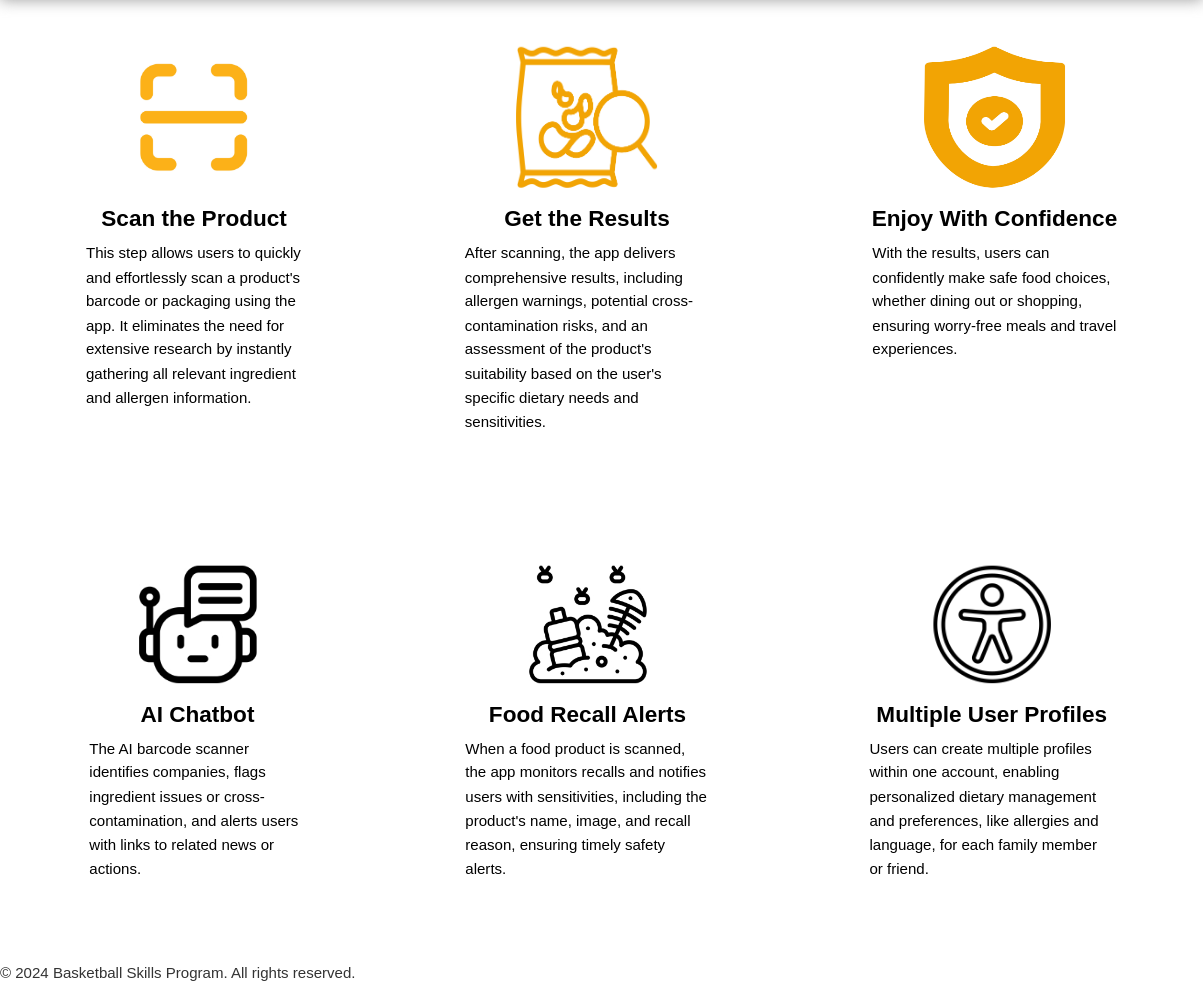
Repository: GavinPahal/landingpage
Page: /
An editor plug-in stored every save of this project. The page is shown before and after the next save, followed by the edit.
The browser window is 1280 px wide. The pictures show the part of the page from y = 720 to 1791 px (the page is 1765 px tall before and 1791 px after), at 94% of full size.
The project was rebuilt for these pictures with package versions that can differ from the ones it lists, and the page was loaded fresh each time. The framework's server and built-in components were replaced by stand-ins that run in the browser. Also part of the build but not shown: next.config.mjs.

Above is the page before, as saved 2024-11-28 15:33:59.

### pages/_app.js
// pages/_app.js
import "@/styles/globals.css"; // Import the global CSS file

function MyApp({ Component, pageProps }) {
  return <Component {...pageProps} />;
}

export default MyApp;

### pages/index.js
// pages/index.js
import Hero from "../components/Hero";
import Features from "../components/Features";
import Footer from "../components/Footer";
import Product from "../components/Product"

export default function Home() {
  return (
    <div>
      <Hero />
      <Features />
      <Product />
      <Footer />
    </div>
  );
}

### styles/globals.css
/* Global Styles */
* {
  margin: 0;
  padding: 0;
  box-sizing: border-box;
}

body {
  font-family: Arial, sans-serif;
  color: #333;
  overflow-x: hidden; /* Prevent horizontal overflow */
}

/* Hero Section */
.hero {
  display: flex; /* Use flexbox to align elements */
  position: relative;
  height: 100vh;
  width: 100%; /* Ensure the hero section spans the full width */
  background-color: #2d2d2d; /* Dark background to contrast with the image */
}

.imageWrapper {
  position: relative;
  width: 100%; /* Left side takes full width */
  height: 100%;
}

.imageContainer {
  position: absolute;
  top: 0;
  left: 0;
  width: 100%;
  height: 100%;
  filter: blur(8px); /* Add blur effect to the image */
  object-fit: cover;
}

.overlay {
  position: absolute;
  top: 0;
  left: 0;
  width: 100%;
  height: 100%;
  background: rgba(0, 0, 0, 0.6); /* Dark overlay to ensure text stands out */
  color: white;
  display: flex;
  flex-direction: column;
  justify-content: center;
  align-items: flex-start;
  padding: 60px 40px; /* Increased padding for more space */
  text-align: left;
}

.heroTitle {
  display: flex;
  align-items: center; /* Align logo and title horizontally */
  margin-bottom: 40px; /* Space between title and the rest of the content */
  position: relative; /* Allow positioning adjustments */
  top: -80px; /* Move the logo and title even higher */
}

.heroTitle img {
  margin-right: 20px; /* Add space between logo and title */
}

.heroTitle h1 {
  font-size: 2rem; /* Bigger font for app name */
  font-weight: bold;
  color: #ffffff; /* Bright color to stand out */
  text-transform: uppercase;
}

.tagline {
  font-size: 5rem; /* Make "BEST NATURE APP" 5rem */
  font-weight: bold;
  margin-bottom: 0; /* Remove extra space between the lines */
  color: #ffffff; /* Striking color */
  text-shadow: 3px 3px 5px rgba(0, 0, 0, 0.8); /* Enhanced text visibility */
  line-height: 1.1; /* Adjust line-height to decrease space between lines */
  letter-spacing: 1.5px;
  display: block;
  max-width: 100%; /* Ensure text doesn't overflow */
}

.bestNature {
  display: block;
  font-size: 3rem; /* Adjust to smaller font size for the first part */
}

.appEver {
  display: block;
  margin-top: 0;
  font-size: 3rem;
}

.subTagline {
  font-size: 1.2rem;
  margin-top: 20px;
  margin-bottom: 40px;
  line-height: 1.6;
  max-width: 650px;
  color: white;
  letter-spacing: 0.5px;
  text-align: left;
}

.demoText {
  display: block;
  font-size: 1.4rem;
  font-weight: bold;
}

.natureText {
  display: block;
  font-size: 1.2rem;
  margin-top: 10px;
  font-style: italic;
  letter-spacing: 0.3px;
}

/* CTA Button */
.ctaButton {
  background-color: #00C9A2;
  color: #ffffff;
  padding: 15px 40px;
  font-size: 1.4rem;
  border: none;
  border-radius: 50px;
  text-align: center;
  margin-top: 60px;
  cursor: pointer;
  transition: background-color 0.3s, transform 0.3s;
  text-decoration: none;
}

.ctaButton:hover {
  background-color: #035343;
}

.ctaButton:focus {
  outline: none;
}

.rightImageWrapper {
  position: absolute;
  left: 62%;
  bottom: 20px;
  width: 400px;
  height: auto;
  z-index: 2;
  margin-top: 100px;
}

.rightImageContainer {
  position: relative;
  width: 100%;
  height: 100%;
}

.rightImageContainer img {
  width: 100%;
  height: auto;
  border-radius: 8px;
  object-fit: cover;
}

.features {
  padding: 50px 20px;
  text-align: center;
}
.features h2 {
  font-size: 2.5rem;
  font-weight: bold;
  color: #ffffff;
  margin-bottom: 30px;
  text-transform: uppercase;
  letter-spacing: 1px;
}

.infoCards {
  display: flex;
  flex-wrap: wrap;
  justify-content: space-around;
  gap: 30px;
  margin-bottom: 40px;
}

.card {
  text-align: center;
  margin: 0 auto; /* Ensure cards are centered */
}

.card:first-child { /* Target the first feature card */
  max-width: 400px; /* Restrict width for a cleaner layout */
  margin: 20px auto; /* Center the card horizontally and add spacing */
}

.card:first-child p {
  text-align: left; /* Center-align the text for the first card */
  max-width: 230px; /* Ensure text does not overflow the card */
  margin: 0 auto;
}

.card img {
  margin-bottom: 15px;
}

.card h3 {
  font-size: 1.5rem;
  font-weight: 600;
  color: #000000;
  margin-bottom: 10px;
}

.card p {
  font-size: 1rem;
  line-height: 1.6;
  color: #000000;
  max-width: 260px;
  margin: 0 auto;
  text-align: left;
}

.text1 {
  font-size: 1rem;
  line-height: 1.6;
  color: #000000;
  max-width: 250px;
  margin: 0 auto;
  text-align: left;
}

.text2 {
  font-size: 1rem;
  line-height: 1.6;
  color: #000000;
  max-width: 250px;
  margin: 0 auto;
  text-align: left;
}


@media (max-width: 1024px) {
  .hero {
    flex-direction: column; /* Stack elements vertically on smaller screens */
  }

  .overlay {
    padding: 40px 20px; /* Reduced padding for smaller screens */
    text-align: center; /* Center-align text on smaller screens */
  }

  .heroTitle {
    margin-bottom: 20px; /* Reduce space between the title and the tagline */
    top: 0; /* Reset top positioning for better alignment */
  }

  .tagline {
    font-size: 3rem; /* Decrease font size on smaller screens */
  }

  .bestNature, .appEver {
    font-size: 2.5rem; /* Smaller font size for better readability */
  }

  .subTagline {
    font-size: 1rem; /* Adjust subtagline font size for smaller screens */
    max-width: 100%; /* Allow full-width display */
    padding: 0 20px; /* Add padding to the sides */
  }

  .rightImageWrapper {
    left: 50%; /* Center the image on smaller screens */
    bottom: 10px;
    width: 300px; /* Reduce image size */
    margin-top: 60px;
  }
}

/* CTA Button Adjustments */
@media (max-width: 768px) {
  .ctaButton {
    padding: 12px 30px; /* Reduced padding for better proportion on small screens */
    font-size: 1.2rem; /* Smaller font size */
    width: 90%; /* Allow the button to take up more space on smaller screens */
    margin-top: 40px; /* Reduced top margin */
  }
}

/* Feature Section Adjustments */
@media (max-width: 768px) {
  .features {
    padding: 30px 20px; /* Reduce padding */
  }

  .features h2 {
    font-size: 2rem; /* Smaller font size for headings */
  }

  .infoCards {
    flex-direction: column; /* Stack cards vertically */
    align-items: center;
    gap: 20px; /* Reduced gap between cards */
  }

  .card {
    max-width: 90%; /* Ensure cards take full width on smaller screens */
    margin: 10px auto; /* Center the cards */
  }

  .card h3 {
    font-size: 1.2rem; /* Decrease font size */
  }

  .card p {
    font-size: 0.9rem; /* Smaller text for better readability */
  }
}

/* Final Adjustments */
@media (max-width: 480px) {
  .hero {
    height: auto; /* Allow the hero section to adjust to content */
  }

  .overlay {
    padding: 20px; /* Even smaller padding */
    text-align: center;
  }

  .tagline {
    font-size: 2.5rem; /* Further decrease tagline size */
  }

  .ctaButton {
    padding: 10px 20px; /* Smaller padding for mobile screens */
    font-size: 1rem; /* Reduce font size */
  }

  .features h2 {
    font-size: 1.6rem; /* Adjust feature section heading */
  }

  .card {
    max-width: 100%; /* Ensure the cards take full width */
  }

  .text1, .text2 {
    font-size: 0.9rem; /* Adjust text sizes for smaller screens */
  }
}

### components/Hero.js
import Image from "next/image";

export default function Hero() {
  return (
    <section className="hero">
      <div className="imageWrapper">
        <div className="imageContainer">
          <Image
            src="/images/grocey.jpg"
            alt="Nature Image"
            layout="fill"
            objectFit="cover"
          />
        </div>
        <div className="overlay">
          <div className="heroTitle">
            <Image
              src="/images/logo.webp"
              alt="Goldibite Logo"
              width={50}
              height={50}
            />
            <h1>Goldibite</h1>
          </div>
          <p className="tagline">
            <span className="bestNature">YOUR BUDDY FOR</span>
            <span className="appEver">FOOD SAFETY</span>
          </p>
          <p className="subTagline">
            <span className="demoText">Get a demo and try our new app.</span>
            <span className="natureText">
            The Right Bite, Every Time
            </span>
          </p>
          <a href="#demo" className="ctaButton">
            TRY DEMO
          </a>
        </div>
      </div>


      <div className="rightImageWrapper">
        <div className="rightImageContainer">
          <Image
            src="/images/phone.png"
            alt="New Image"
            layout="intrinsic"
            width={500}
            height={500}
          />
        </div>
      </div>
    </section>
  );
}

### components/Features.js
import Image from "next/image";


export default function Features() {
  return (
    <section className="features">
      <div className="infoCards">
        <div className="card" style={{ margin: "0 10px" }}>
          <Image
            src="/images/iconamoon_scanner (1).jpg"
            alt="Feature 1"
            width={150}
            height={150}
          />
          <h3>Scan the Product</h3>
          <p>This step allows users to quickly and effortlessly scan a product's barcode or packaging using the app.
             It eliminates the need for extensive research by instantly gathering all relevant ingredient and allergen information. </p>
        </div>
        <div className="card" style={{ margin: "0 10px" }}>
          <Image
            src="/images/magnifying.jpg"
            alt="Feature 2"
            width={150}
            height={150}
          />
          <h3>Get the Results</h3>
          <p>After scanning, the app delivers comprehensive results, including allergen warnings, potential cross-contamination risks,
             and an assessment of the product's suitability based on the user's specific dietary needs and sensitivities.
          </p>
        </div>
        <div className="card" style={{ margin: "0 10px" }}>
          <Image
            src="/images/Confident.jpg"
            alt="Feature 2"
            width={150}
            height={150}
          />
          <h3>Enjoy With Confidence</h3>
          <p>With the results, users can confidently make safe food choices, whether dining out or shopping,
             ensuring worry-free meals and travel experiences.
          </p>
        </div>
      </div>

    </section>
  );
}

### components/Footer.js
export default function Footer() {
    return (
      <footer className="footer">
        <p>&copy; 2024 Basketball Skills Program. All rights reserved.</p>
      </footer>
    );
  }

### components/Product.js
import Image from "next/image";

export default function Features() {
  return (
    <section className="features">
      <div className="infoCards" style={{ gap: "20px" }}>
        <div className="card" style={{ margin: "0 10px" }}>
          <Image
            src="/images/chatbot.jpg"
            alt="Feature 1"
            width={125}
            height={125}
          />
          <h3>AI Chatbot</h3>
          <p>
            The AI barcode scanner identifies companies, flags ingredient
            issues or cross-contamination, and alerts users with links to
            related news or actions.
          </p>
        </div>
        <div className="card" style={{ margin: "0 10px" }}>
          <Image
            src="/images/trash.jpg"
            alt="Feature 2"
            width={125}
            height={125}
          />
          <h3>Food Recall Alerts</h3>
          <p>
            When a food product is scanned, the app monitors recalls and
            notifies users with sensitivities, including the product's name,
            image, and recall reason, ensuring timely safety alerts.
          </p>
        </div>
        <div className="card" style={{ margin: "0 10px" }}>
          <Image
            src="/images/accessibility.png"
            alt="Feature 3"
            width={125}
            height={125}
          />
          <h3>Multiple User Profiles</h3>
          <p>
            Users can create multiple profiles within one account, enabling
            personalized dietary management and preferences,
            like allergies and  language, for each family member or friend.
          </p>
        </div>
      </div>
    </section>
  );
}

Loaded but not shown: pages/_document.js (common file)

After the next save:
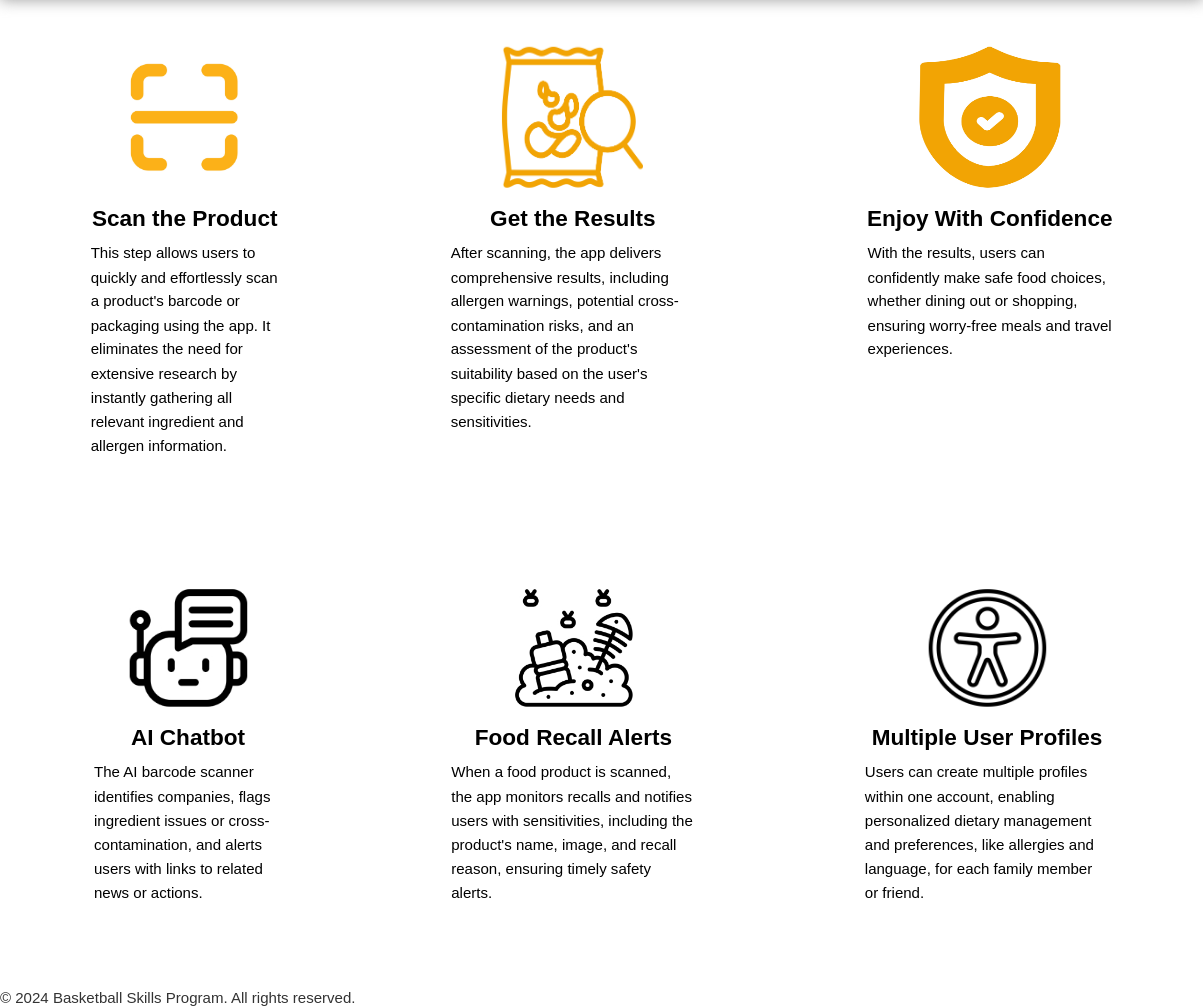
Saved 10 s later.
--- a/styles/globals.css
+++ b/styles/globals.css
@@ -198,7 +198,7 @@
 
 .card:first-child p {
   text-align: left; /* Center-align the text for the first card */
-  max-width: 230px; /* Ensure text does not overflow the card */
+  max-width: 200px; /* Ensure text does not overflow the card */
   margin: 0 auto;
 }
 

After the save that followed:
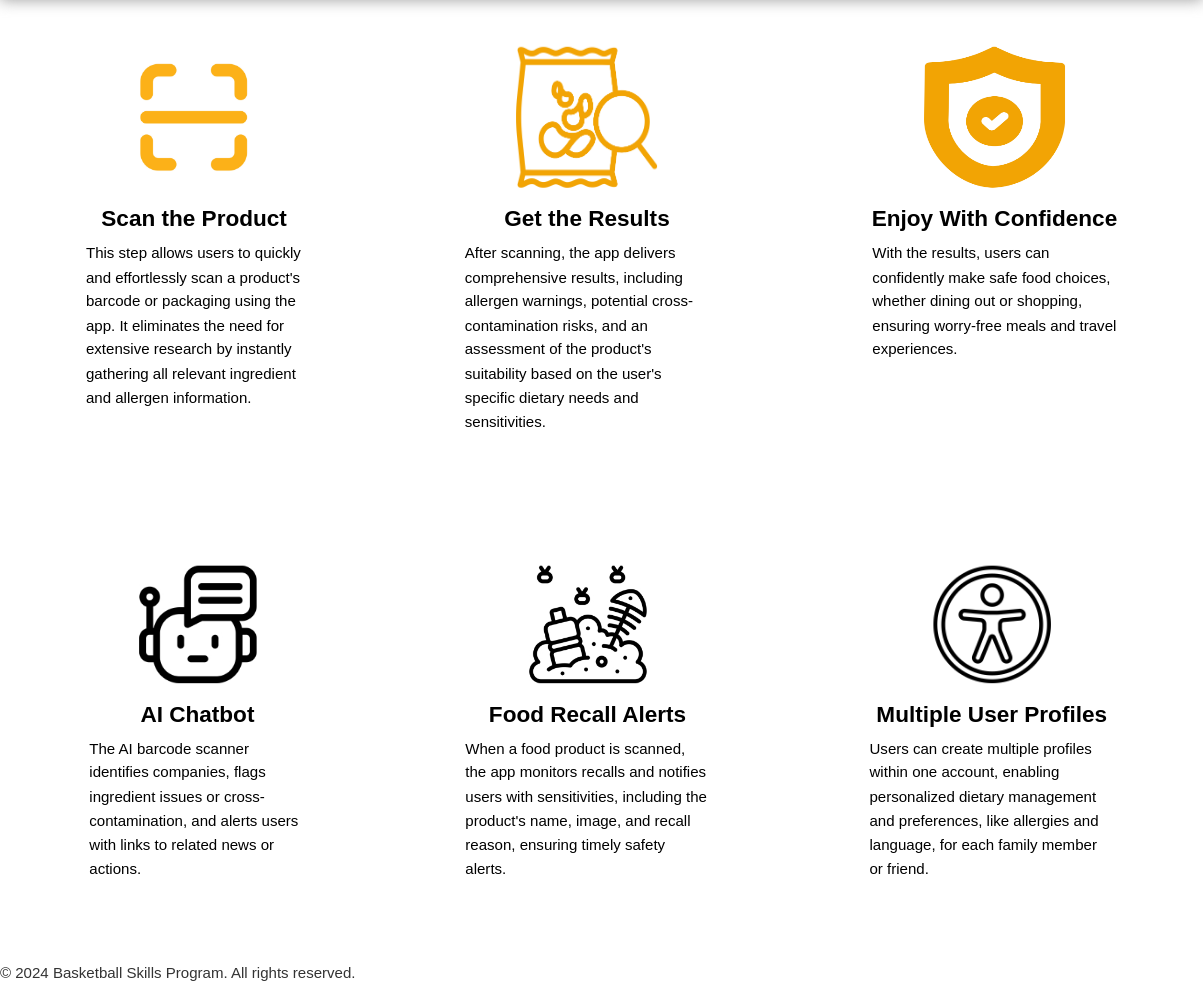
Saved 4 s later.
--- a/styles/globals.css
+++ b/styles/globals.css
@@ -198,7 +198,7 @@
 
 .card:first-child p {
   text-align: left; /* Center-align the text for the first card */
-  max-width: 200px; /* Ensure text does not overflow the card */
+  max-width: 230px; /* Ensure text does not overflow the card */
   margin: 0 auto;
 }
 
